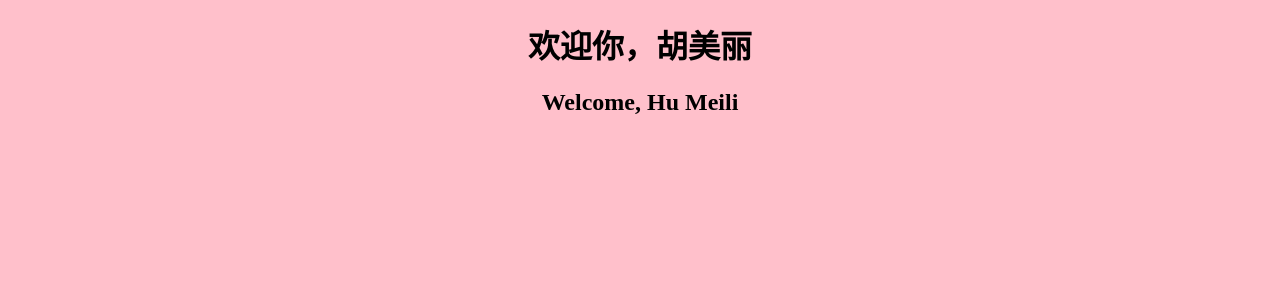
Repository: NanmeiYC/NanmeiYC.github.io
Page: zhuye.html
These files come from the project's save history. The page is drawn as it stood at one moment and after the next save; the edit follows.
The browser window is 1280 px wide. The pictures show the whole page.

Above is the page before, as saved 2021-05-28 23:38:57.

### zhuye.html
<!DOCTYPE html>
<html>
    <head>
        <meta charset="UTF-8">
        <title>欢迎我们美丽大方温柔善良的胡美丽</title>
    </head>
    <body bgcolor="pink">
        <body>
            <div align="center" style="background-color: pink;" >
            <h1>欢迎你，胡美丽  </h1>
            <h2>Welcome, Hu Meili</h2>
            </div>
        <table>
            <tr align="center" cellpadding="10" width="1000" style="background-color: hotpink;"></tr>
        </table>
    </body>
</html>

After the next save:
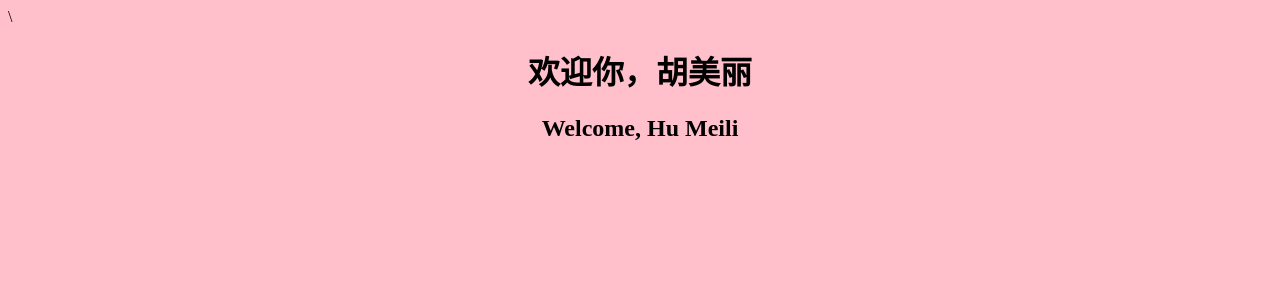
Saved 39 s later.
--- a/zhuye.html
+++ b/zhuye.html
@@ -5,7 +5,7 @@
         <title>欢迎我们美丽大方温柔善良的胡美丽</title>
     </head>
     <body bgcolor="pink">
-        <body>
+        <body>\
             <div align="center" style="background-color: pink;" >
             <h1>欢迎你，胡美丽  </h1>
             <h2>Welcome, Hu Meili</h2>

After the save that followed:
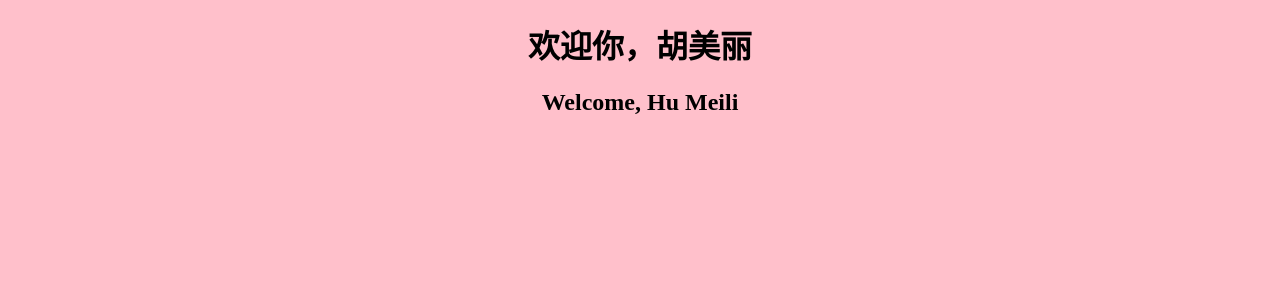
Saved 7 s later.
--- a/zhuye.html
+++ b/zhuye.html
@@ -5,7 +5,6 @@
         <title>欢迎我们美丽大方温柔善良的胡美丽</title>
     </head>
     <body bgcolor="pink">
-        <body>\
             <div align="center" style="background-color: pink;" >
             <h1>欢迎你，胡美丽  </h1>
             <h2>Welcome, Hu Meili</h2>
